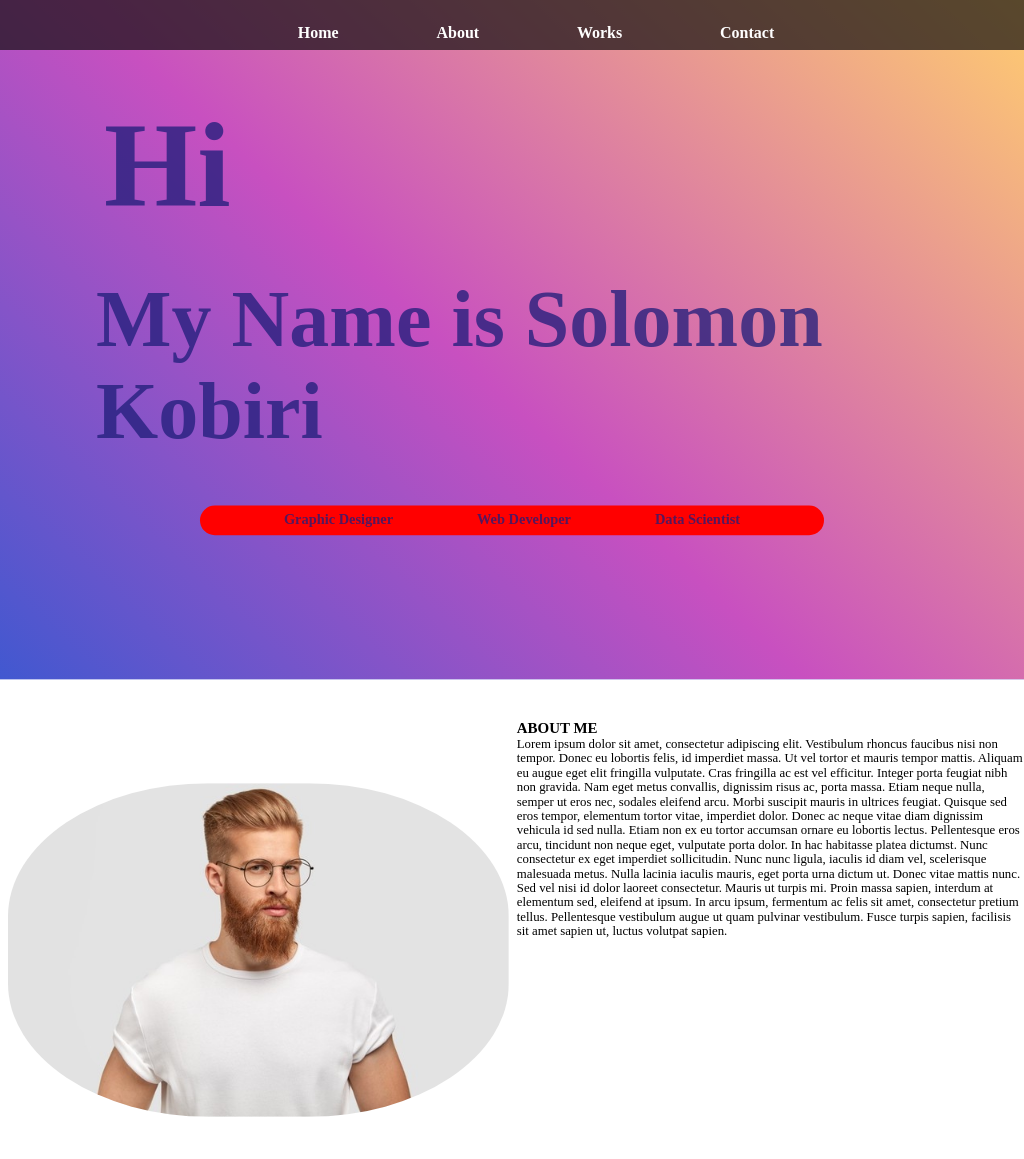
Repository: Kwabena-Kobiri/yellocoders
Page: index.html
An editor plug-in stored every save of this project. The page is shown before and after the next save, followed by the edit.
The browser window is 1280 px wide. The pictures show the whole page, at 80% of full size.

Above is the page before, as saved 2021-05-13 11:28:54.

After the next save:
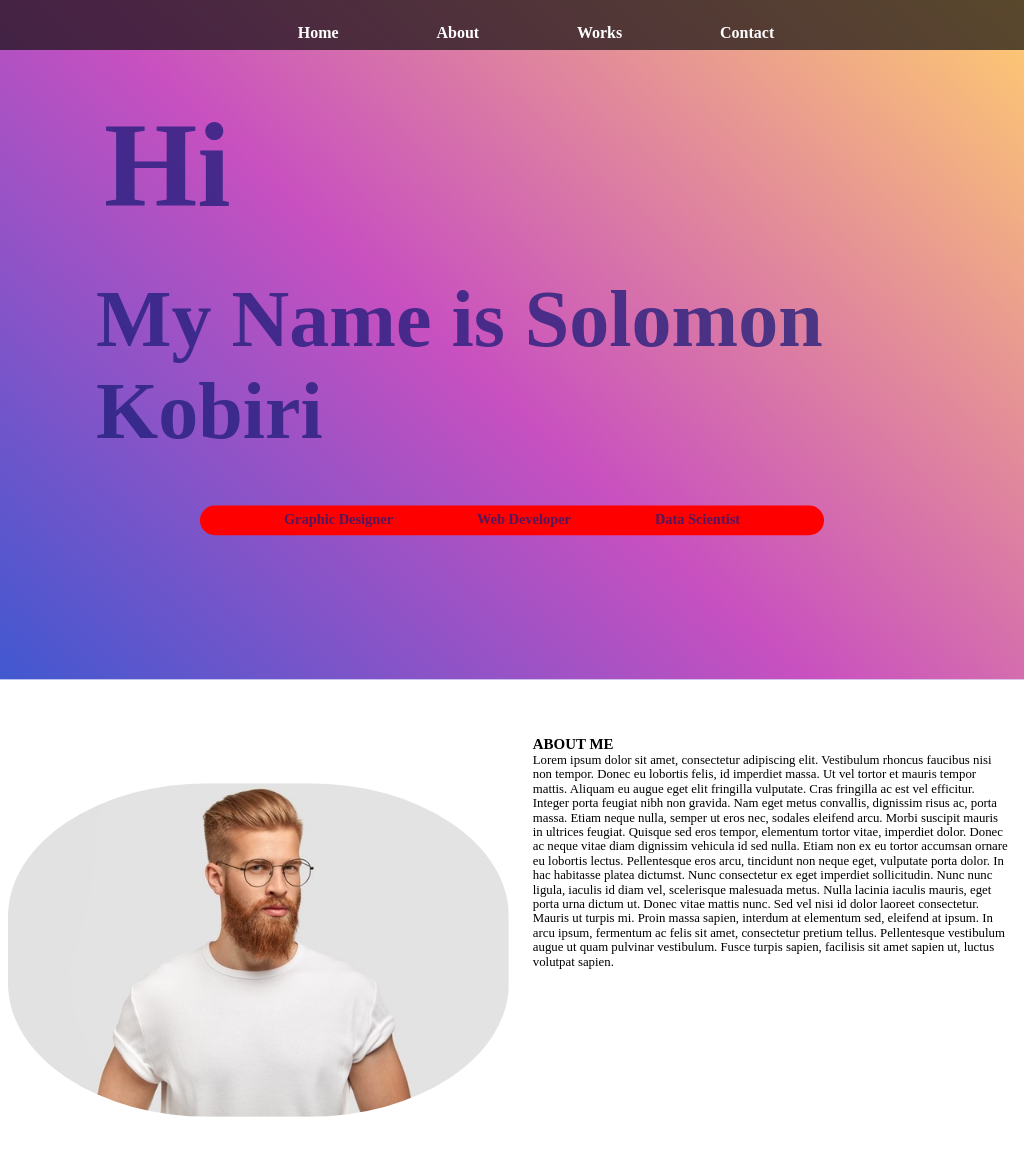
Saved 43 s later.
--- a/index.css
+++ b/index.css
@@ -109,12 +109,12 @@ body {
     border-radius: 40%;
 }
 
-/* .Description {
+.Description {
     padding: 20px;
     flex: 3;
     display: flex;
     flex-direction: column;
-} */
+}
 
 /* .Description > h3 {
     text-align: center;
